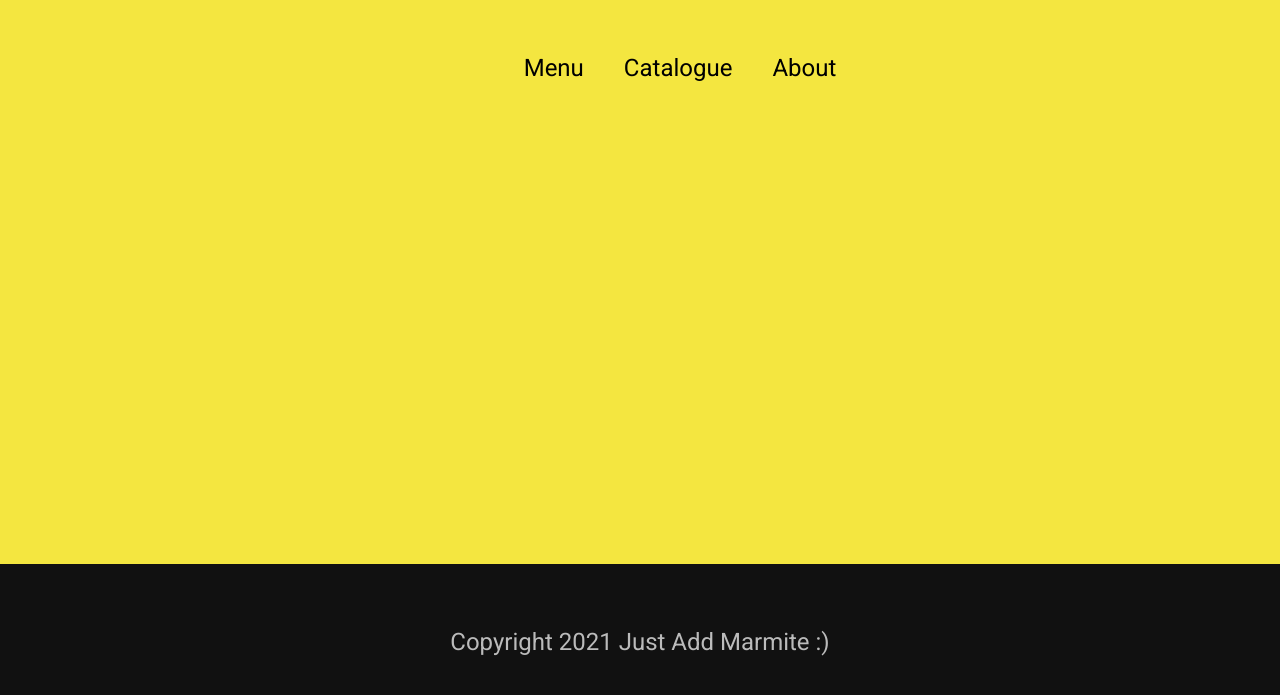
Repository: Fauzaanmhmd/Skripsi
Page: /
These files come from the project's save history. The page is drawn as it stood at one moment and after the next save; the edit follows.
The browser window is 1280 px wide. The pictures show the whole page.
The project was rebuilt for these pictures with package versions that can differ from the ones it lists, and the page was loaded fresh each time. The framework's server and built-in components were replaced by stand-ins that run in the browser. Also part of the build but not shown: next.config.js.

Above is the page before, as saved 2021-05-24 21:45:41.

After the next save:
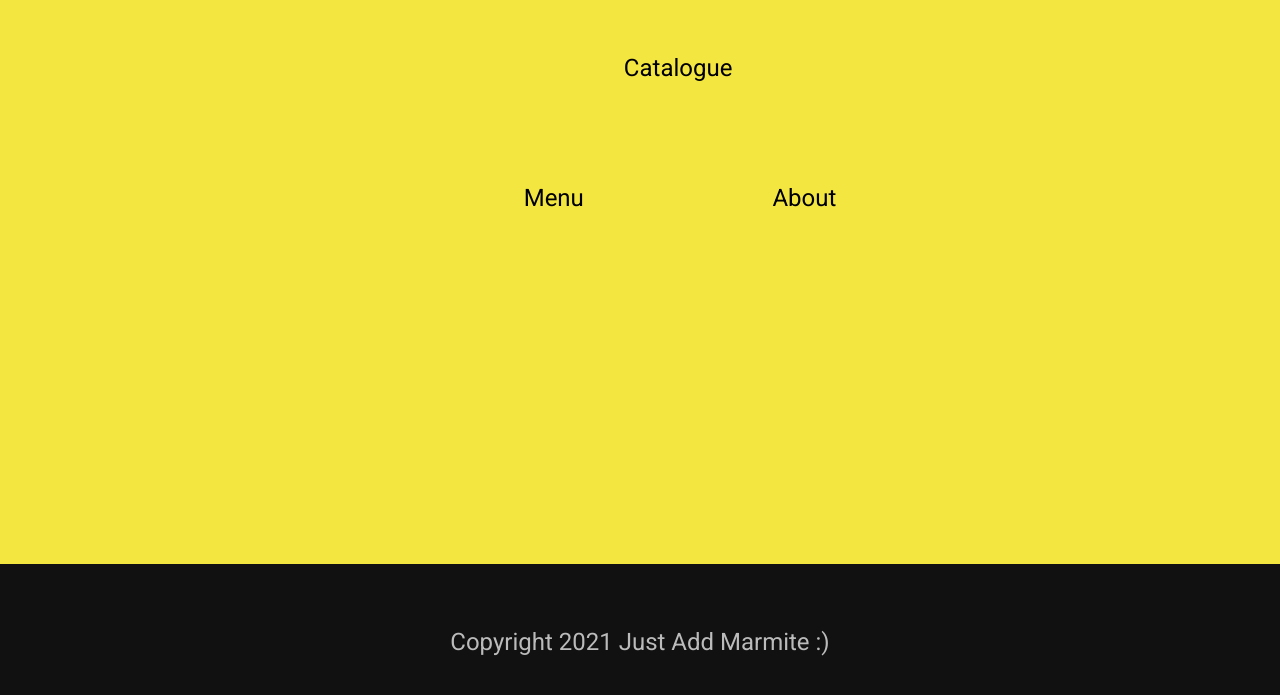
Saved 2 min 22 s later.
--- a/styles/globals.css
+++ b/styles/globals.css
@@ -153,3 +153,9 @@ img:hover {
   transform: scale(1.5);
   transition: transform .9s;
 }
+
+.zoom {
+  margin-top: 150px;
+  width: 100%;
+  text-align: center;
+}

After the save that followed:
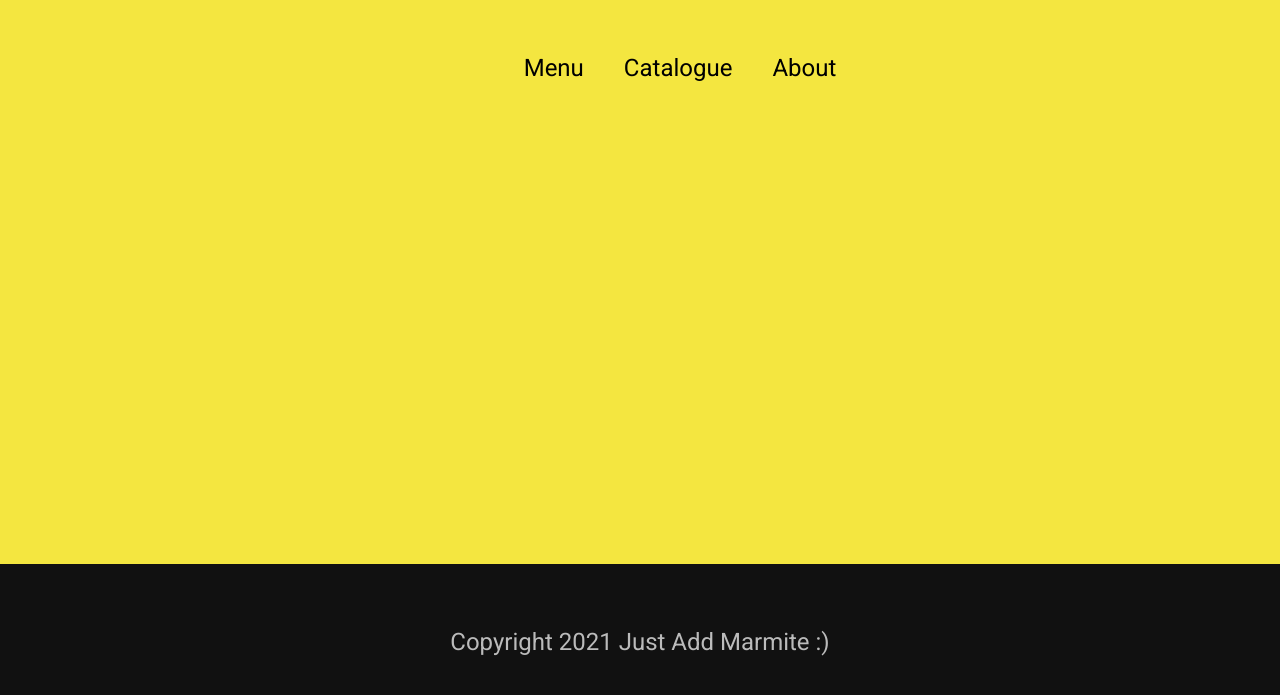
Saved 78 s later.
--- a/styles/globals.css
+++ b/styles/globals.css
@@ -154,7 +154,7 @@ img:hover {
   transition: transform .9s;
 }
 
-.zoom {
+.zoom_wrapper {
   margin-top: 150px;
   width: 100%;
   text-align: center;
